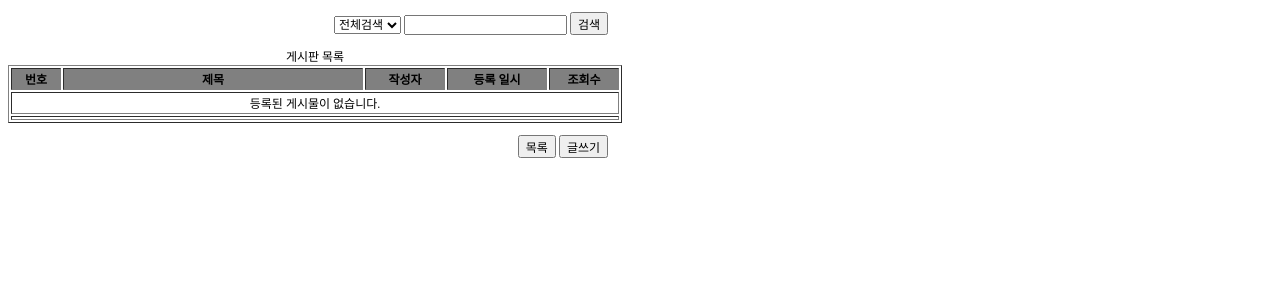
Repository: Pangyo/Study_Web_Basic
Page: http://localhost/BlindHelperServer/board/boardList.jsp
These files come from the project's save history. The page is drawn as it stood at one moment and after the next save; the edit follows.
The browser window is 1280 px wide. The pictures show the whole page.
The page is served by Tomcat 9. Queries for data that is not in the repository find no rows.

Above is the page before, as saved 2015-12-16 12:02:15.

After the next save:
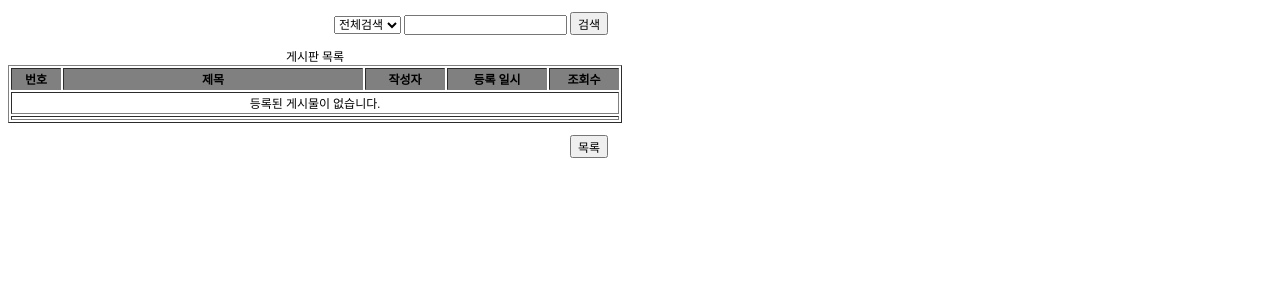
Saved 12 min 32 s later.
--- a/BlindHelperServer/WebContent/board/boardList.jsp
+++ b/BlindHelperServer/WebContent/board/boardList.jsp
@@ -231,8 +231,18 @@
 		</tfoot>
 	</table>
 	<p>
+	<%
+		int test = 0;
+		if (test == 0) {
+	%>
 		<input type="button" value="목록" onclick="goUrl('boardList.jsp');" />
+	<%
+		} else {
+	%>
 		<input type="button" value="글쓰기" onclick="goUrl('boardWriteForm.jsp');" />
+	<%
+		}
+	%>
 	</p>
 </body>
 </html>
